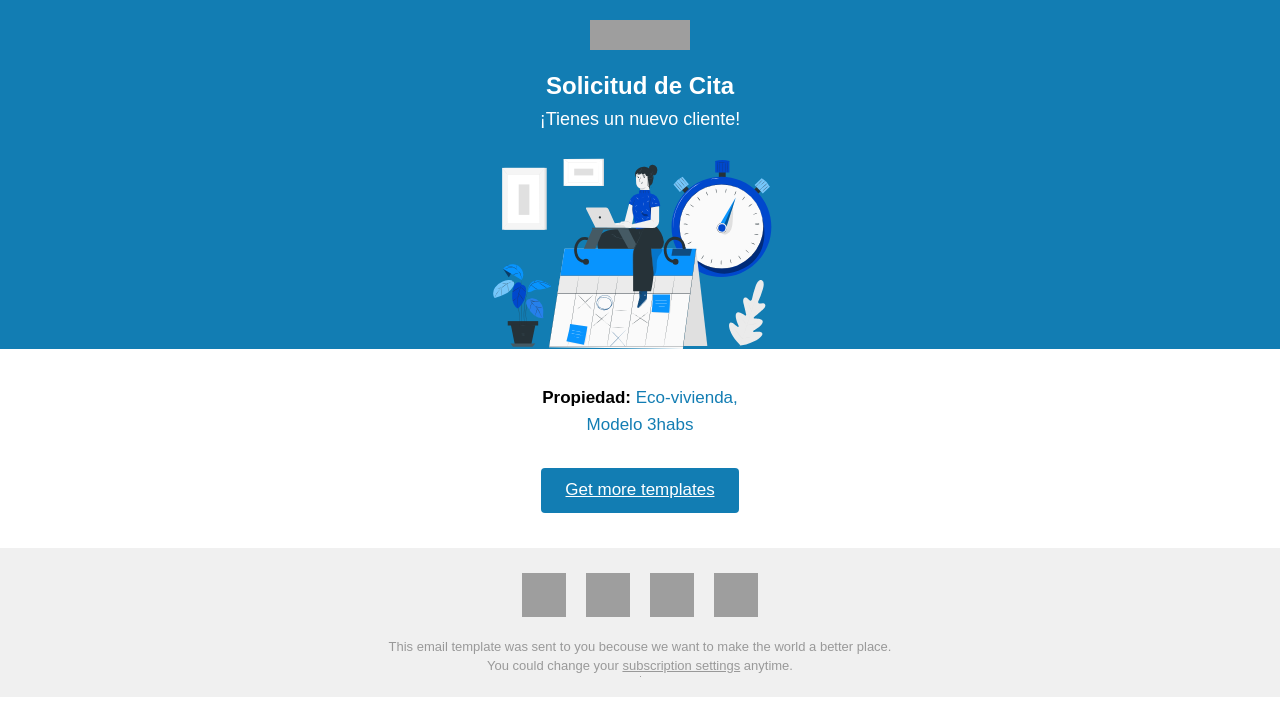
Repository: FabioMadrid/atlas_code
Page: correo_cita_vendedor.html
An editor plug-in stored every save of this project. The page is shown before and after the next save, followed by the edit.
The browser window is 1280 px wide. The pictures show the whole page.
Pictures or frames that could not be fetched are drawn as grey boxes.

Above is the page before, as saved 2021-01-14 16:29:05.

### correo_cita_vendedor.html
<html xmlns="http://www.w3.org/1999/xhtml">
<head>
	<meta http-equiv="content-type" content="text/html; charset=utf-8">
  	<meta name="viewport" content="width=device-width, initial-scale=1.0;">
 	<meta name="format-detection" content="telephone=no"/>

	<style>
/* Reset styles */
    body {
        margin: 0; padding: 0; min-width: 100%; width: 100% !important; height: 100% !important;
        }
    body, table, td, div, p, a {
        -webkit-font-smoothing: antialiased; text-size-adjust: 100%; -ms-text-size-adjust: 100%;
        -webkit-text-size-adjust: 100%; line-height: 100%;
        }
    table, td {
         mso-table-lspace: 0pt; mso-table-rspace: 0pt;
         border-collapse: collapse !important; border-spacing: 0; }
    img {
        border: 0; line-height: 100%; outline: none; text-decoration: none;
        -ms-interpolation-mode: bicubic;
        }
    #outlook a { padding: 0; }
    .ReadMsgBody { width: 100%; }
    .ExternalClass { width: 100%; }
    .ExternalClass, .ExternalClass p, .ExternalClass span, .ExternalClass font, .E
    xternalClass td, .ExternalClass div {
        line-height: 100%;
        }

/* Extra floater space for advanced mail clients only */
@media all and (max-width: 600px) {
	.floater { width: 320px; }
}

/* Set color for auto links (addresses, dates, etc.) */
a, a:hover {
	color: #127DB3;
}
.footer a, .footer a:hover {
	color: #999999;
}

 	</style>

	<!-- MESSAGE SUBJECT -->
	<title>Cita Confirmada</title>

</head>

<!-- BODY -->
<!-- Set message background color (twice) and text color (twice) -->
<body topmargin="0" rightmargin="0" bottommargin="0" leftmargin="0" marginwidth="0" marginheight="0" width="100%" style="border-collapse: collapse; border-spacing: 0; margin: 0; padding: 0; width: 100%; height: 100%; -webkit-font-smoothing: antialiased; text-size-adjust: 100%; -ms-text-size-adjust: 100%; -webkit-text-size-adjust: 100%; line-height: 100%;
	background-color: #FFFFFF;
	color: #000000;"
	bgcolor="#FFFFFF"
	text="#000000">

<!-- SECTION / BACKGROUND -->
<!-- Set section background color -->
<table width="100%" align="center" border="0" cellpadding="0" cellspacing="0" style="border-collapse: collapse; border-spacing: 0; margin: 0; padding: 0; width: 100%;" class="background"><tr><td align="center" valign="top" style="border-collapse: collapse; border-spacing: 0; margin: 0; padding: 0;"
	bgcolor="#127DB3">

<!-- WRAPPER -->
<!-- Set wrapper width (twice) -->
<table border="0" cellpadding="0" cellspacing="0" align="center"
	width="600" style="border-collapse: collapse; border-spacing: 0; padding: 0; width: inherit;
	max-width: 600px;" class="wrapper">

	<tr>
		<td align="center" valign="top" style="border-collapse: collapse; border-spacing: 0; margin: 0; padding: 0; padding-left: 6.25%; padding-right: 6.25%; width: 87.5%;
			padding-top: 20px;">

			<!-- PREHEADER -->
			<!-- Set text color to background color -->
			<div style="display: none; visibility: hidden; overflow: hidden; opacity: 0; font-size: 1px; line-height: 1px; height: 0; max-height: 0; max-width: 0;
			color: #FFFFFF;" class="preheader">
				Available on&nbsp;GitHub and&nbsp;CodePen. holis aqui va un texto</div>

			<!-- LOGO -->
			<!-- Image text color should be opposite to background color. Set your url, image src, alt and title. Alt text should fit the image size. Real image size should be x2. URL format: http://domain.com/?utm_source={{Campaign-Source}}&utm_medium=email&utm_content=logo&utm_campaign={{Campaign-Name}} -->
			<a target="_blank" style="text-decoration: none;"
				href="https://github.com/konsav/email-templates/"><img border="0" vspace="0" hspace="0"
				src="https://raw.githubusercontent.com/konsav/email-templates/master/images/logo-white.png"
				width="100" height="30"
				alt="Logo" title="Logo" style="
				color: #000000;
				font-size: 10px; margin: 0; padding: 0; outline: none; text-decoration: none; -ms-interpolation-mode: bicubic; border: none; display: block;" /></a>

		</td>
	</tr>

	<!-- HEADER -->
	<!-- Set text color and font family ("sans-serif" or "Georgia, serif") -->
	<tr>
		<td align="center" valign="top" style="border-collapse: collapse; border-spacing: 0; margin: 0; padding: 0; padding-left: 6.25%; padding-right: 6.25%; width: 87.5%; font-size: 24px; font-weight: bold; line-height: 130%;
			padding-top: 20px;
			color: #FFFFFF;
			font-family: sans-serif;" class="header">
				Solicitud de Cita
		</td>
	</tr>

	<!-- SUBHEADER -->
	<!-- Set text color and font family ("sans-serif" or "Georgia, serif") -->
	<tr>
		<td align="center" valign="top" style="border-collapse: collapse; border-spacing: 0; margin: 0; padding: 0; padding-bottom: 3px; padding-left: 6.25%; padding-right: 6.25%; width: 87.5%; font-size: 18px; font-weight: 300; line-height: 150%;
			padding-top: 5px;
			color: #FFFFFF;
			font-family: sans-serif;" class="subheader">
				¡Tienes un nuevo cliente!
		</td>
	</tr>

	<!-- HERO IMAGE -->
	<!-- Image text color should be opposite to background color. Set your url, image src, alt and title. Alt text should fit the image size. Real image size should be x2 (wrapper x2). Do not set height for flexible images (including "auto"). URL format: http://domain.com/?utm_source={{Campaign-Source}}&utm_medium=email&utm_content={{Ìmage-Name}}&utm_campaign={{Campaign-Name}} -->
	<tr>
		<td align="center" valign="top" style="border-collapse: collapse; border-spacing: 0; margin: 0; padding: 0;
			padding-top: 20px;" class="hero"><a target="_blank" style="text-decoration: none;"
			href="#"><img border="0" vspace="0" hspace="0"
			src="./svg/calendario_mujer.svg"
			alt="Please enable images to view this content" title="Hero Image"
			width="530" style="
			width: 88.33%;
			max-width: 530px;
			color: #FFFFFF; font-size: 13px; margin: 0; padding: 0; outline: none; text-decoration: none; -ms-interpolation-mode: bicubic; border: none; display: block;"/></a></td>
	</tr>


<!-- End of WRAPPER -->
</table>

<!-- SECTION / BACKGROUND -->
<!-- Set section background color -->
</td></tr><tr><td align="center" valign="top" style="border-collapse: collapse; border-spacing: 0; margin: 0; padding: 0;
	padding-top: 5px;"
	bgcolor="#FFFFFF">

<!-- WRAPPER -->
<!-- Set conteiner background color -->
<table border="0" cellpadding="0" cellspacing="0" align="center"
	width="600" style="border-collapse: collapse; border-spacing: 0; padding: 0; width: inherit;
	max-width: 600px;">

	<!-- FLOATERS -->
	<!-- Floaters (left align tables) need extra 10px spacing in a line (Outlook fix). Floater table width = (wrapper width / 2) - 10px. Set text color and font family ("sans-serif" or "Georgia, serif"). Duplicate all text styles in links, including line-height. Image text color should be opposite to background color. Set your url, image src, alt and title. Alt text should fit the image size. Real image size should be x2. Do not set height for flexible images (including "auto"). URL format: http://domain.com/?utm_source={{Campaign-Source}}&utm_medium=email&utm_content={{Ìmage-Name}}&utm_campaign={{Campaign-Name}} -->
	<tr>
		<td align="center" valign="top" style="border-collapse: collapse; border-spacing: 0; margin: 0; padding: 0; padding-left: 10px; padding-right: 10px;" class="floaters"><table width="280" border="0" cellpadding="0" cellspacing="0" align="left" valign="top" style="border-collapse: collapse; mso-table-lspace: 0pt; mso-table-rspace: 0pt; border-spacing: 0; margin: 0; padding: 0; display: inline-table; float: none;" class="floater"><tr><td align="center" valign="top" style="border-collapse: collapse; border-spacing: 0; margin: 0; padding: 0; padding-left: 15px; padding-right: 15px; font-size: 17px; font-weight: 400; line-height: 160%;
			padding-top: 30px;
			font-family: sans-serif;
            color: #000000;">
            <b>Propiedad:</b>

            <a target="_blank" style="text-decoration: none;
			font-size: 17px; line-height: 160%;"
			href="https://atlashome.hn/vistaCondominio/14">Eco-vivienda, Modelo 3habs</b></a>

        </td>
    </tr>
</table>


	<!-- BUTTON -->
	<!-- Set button background color at TD, link/text color at A and TD, font family ("sans-serif" or "Georgia, serif") at TD. For verification codes add "letter-spacing: 5px;". Link format: http://domain.com/?utm_source={{Campaign-Source}}&utm_medium=email&utm_content={{Button-Name}}&utm_campaign={{Campaign-Name}} -->
 	<tr>
		<td align="center" valign="top" style="border-collapse: collapse; border-spacing: 0; margin: 0; padding: 0; padding-left: 6.25%; padding-right: 6.25%; width: 87.5%;
			padding-top: 30px;
			padding-bottom: 35px;" class="button"><a
			href="https://github.com/konsav/email-templates/" target="_blank" style="text-decoration: underline;">
				<table border="0" cellpadding="0" cellspacing="0" align="center" style="max-width: 240px; min-width: 120px; border-collapse: collapse; border-spacing: 0; padding: 0;"><tr><td align="center" valign="middle" style="padding: 12px 24px; margin: 0; text-decoration: underline; border-collapse: collapse; border-spacing: 0; border-radius: 4px; -webkit-border-radius: 4px; -moz-border-radius: 4px; -khtml-border-radius: 4px;"
					bgcolor="#127DB3"><a target="_blank" style="text-decoration: underline;
					color: #FFFFFF; font-family: sans-serif; font-size: 17px; font-weight: 400; line-height: 120%;"
					href="https://github.com/konsav/email-templates/">
						Get more templates
					</a>
			</td></tr></table></a>
		</td>
	</tr>

<!-- End of WRAPPER -->
</table>

<!-- SECTION / BACKGROUND -->
<!-- Set section background color -->
</td></tr><tr><td align="center" valign="top" style="border-collapse: collapse; border-spacing: 0; margin: 0; padding: 0;"
	bgcolor="#F0F0F0">

<!-- WRAPPER -->
<!-- Set wrapper width (twice) -->
<table border="0" cellpadding="0" cellspacing="0" align="center"
	width="600" style="border-collapse: collapse; border-spacing: 0; padding: 0; width: inherit;
	max-width: 600px;" class="wrapper">

	<!-- SOCIAL NETWORKS -->
	<!-- Image text color should be opposite to background color. Set your url, image src, alt and title. Alt text should fit the image size. Real image size should be x2 -->
	<tr>
		<td align="center" valign="top" style="border-collapse: collapse; border-spacing: 0; margin: 0; padding: 0; padding-left: 6.25%; padding-right: 6.25%; width: 87.5%;
			padding-top: 25px;" class="social-icons"><table
			width="256" border="0" cellpadding="0" cellspacing="0" align="center" style="border-collapse: collapse; border-spacing: 0; padding: 0;">
			<tr>

				<!-- ICON 1 -->
				<td align="center" valign="middle" style="margin: 0; padding: 0; padding-left: 10px; padding-right: 10px; border-collapse: collapse; border-spacing: 0;"><a target="_blank"
					href="https://raw.githubusercontent.com/konsav/email-templates/"
				style="text-decoration: none;"><img border="0" vspace="0" hspace="0" style="padding: 0; margin: 0; outline: none; text-decoration: none; -ms-interpolation-mode: bicubic; border: none; display: inline-block;
					color: #000000;"
					alt="F" title="Facebook"
					width="44" height="44"
					src="https://raw.githubusercontent.com/konsav/email-templates/master/images/social-icons/facebook.png"></a></td>

				<!-- ICON 2 -->
				<td align="center" valign="middle" style="margin: 0; padding: 0; padding-left: 10px; padding-right: 10px; border-collapse: collapse; border-spacing: 0;"><a target="_blank"
					href="https://raw.githubusercontent.com/konsav/email-templates/"
				style="text-decoration: none;"><img border="0" vspace="0" hspace="0" style="padding: 0; margin: 0; outline: none; text-decoration: none; -ms-interpolation-mode: bicubic; border: none; display: inline-block;
					color: #000000;"
					alt="T" title="Twitter"
					width="44" height="44"
					src="https://raw.githubusercontent.com/konsav/email-templates/master/images/social-icons/twitter.png"></a></td>

				<!-- ICON 3 -->
				<td align="center" valign="middle" style="margin: 0; padding: 0; padding-left: 10px; padding-right: 10px; border-collapse: collapse; border-spacing: 0;"><a target="_blank"
					href="https://raw.githubusercontent.com/konsav/email-templates/"
				style="text-decoration: none;"><img border="0" vspace="0" hspace="0" style="padding: 0; margin: 0; outline: none; text-decoration: none; -ms-interpolation-mode: bicubic; border: none; display: inline-block;
					color: #000000;"
					alt="G" title="Google Plus"
					width="44" height="44"
					src="https://raw.githubusercontent.com/konsav/email-templates/master/images/social-icons/googleplus.png"></a></td>

				<!-- ICON 4 -->
				<td align="center" valign="middle" style="margin: 0; padding: 0; padding-left: 10px; padding-right: 10px; border-collapse: collapse; border-spacing: 0;"><a target="_blank"
					href="https://raw.githubusercontent.com/konsav/email-templates/"
				style="text-decoration: none;"><img border="0" vspace="0" hspace="0" style="padding: 0; margin: 0; outline: none; text-decoration: none; -ms-interpolation-mode: bicubic; border: none; display: inline-block;
					color: #000000;"
					alt="I" title="Instagram"
					width="44" height="44"
					src="https://raw.githubusercontent.com/konsav/email-templates/master/images/social-icons/instagram.png"></a></td>

			</tr>
			</table>
		</td>
	</tr>

	<!-- FOOTER -->
	<!-- Set text color and font family ("sans-serif" or "Georgia, serif"). Duplicate all text styles in links, including line-height -->
	<tr>
		<td align="center" valign="top" style="border-collapse: collapse; border-spacing: 0; margin: 0; padding: 0; padding-left: 6.25%; padding-right: 6.25%; width: 87.5%; font-size: 13px; font-weight: 400; line-height: 150%;
			padding-top: 20px;
			padding-bottom: 20px;
			color: #999999;
			font-family: sans-serif;" class="footer">

				This email template was sent to&nbsp;you becouse we&nbsp;want to&nbsp;make the&nbsp;world a&nbsp;better place.<br/> You&nbsp;could change your <a href="https://github.com/konsav/email-templates/" target="_blank" style="text-decoration: underline; color: #999999; font-family: sans-serif; font-size: 13px; font-weight: 400; line-height: 150%;">subscription settings</a> anytime.

				<!-- ANALYTICS -->
				<!-- https://www.google-analytics.com/collect?v=1&tid={{UA-Tracking-ID}}&cid={{Client-ID}}&t=event&ec=email&ea=open&cs={{Campaign-Source}}&cm=email&cn={{Campaign-Name}} -->
				<img width="1" height="1" border="0" vspace="0" hspace="0" style="margin: 0; padding: 0; outline: none; text-decoration: none; -ms-interpolation-mode: bicubic; border: none; display: block;"
				src="https://raw.githubusercontent.com/konsav/email-templates/master/images/tracker.png" />

		</td>
	</tr>

<!-- End of WRAPPER -->
</table>

<!-- End of SECTION / BACKGROUND -->
</td></tr></table>

</body>
</html>

After the next save:
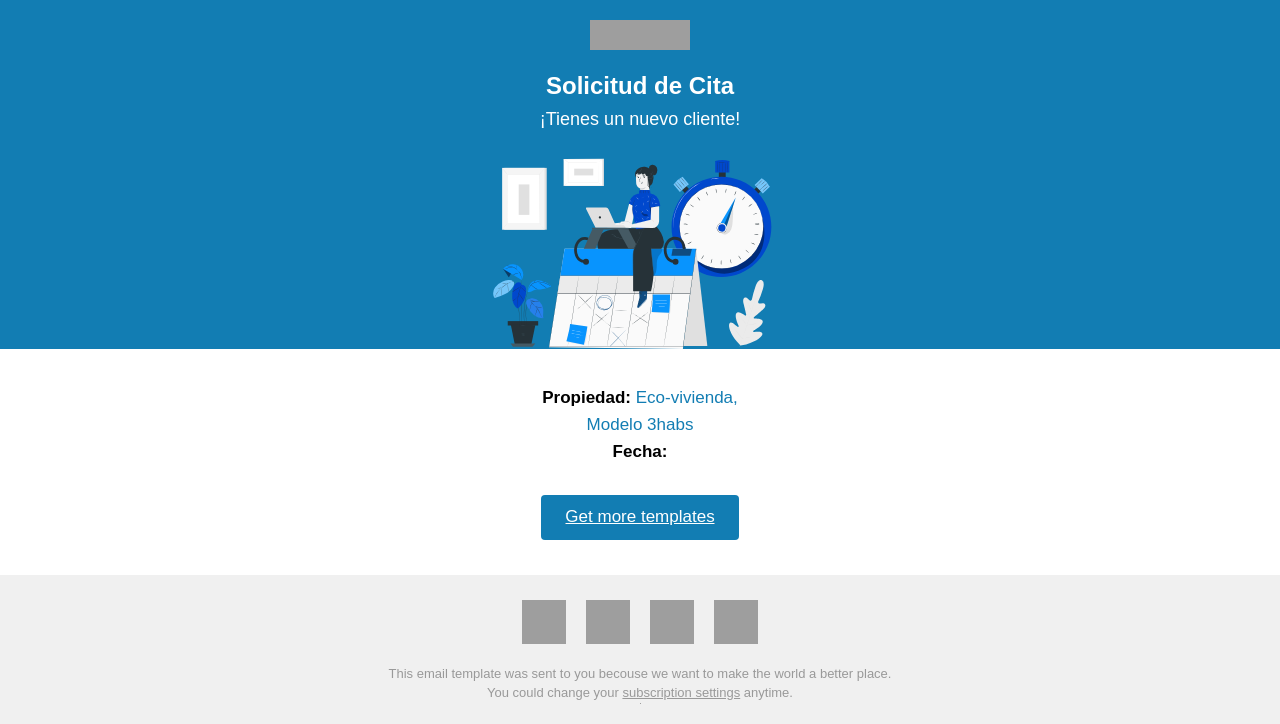
Saved 101 s later.
--- a/correo_cita_vendedor.html
+++ b/correo_cita_vendedor.html
@@ -145,7 +145,8 @@ a, a:hover {
 	<!-- FLOATERS -->
 	<!-- Floaters (left align tables) need extra 10px spacing in a line (Outlook fix). Floater table width = (wrapper width / 2) - 10px. Set text color and font family ("sans-serif" or "Georgia, serif"). Duplicate all text styles in links, including line-height. Image text color should be opposite to background color. Set your url, image src, alt and title. Alt text should fit the image size. Real image size should be x2. Do not set height for flexible images (including "auto"). URL format: http://domain.com/?utm_source={{Campaign-Source}}&utm_medium=email&utm_content={{Ìmage-Name}}&utm_campaign={{Campaign-Name}} -->
 	<tr>
-		<td align="center" valign="top" style="border-collapse: collapse; border-spacing: 0; margin: 0; padding: 0; padding-left: 10px; padding-right: 10px;" class="floaters"><table width="280" border="0" cellpadding="0" cellspacing="0" align="left" valign="top" style="border-collapse: collapse; mso-table-lspace: 0pt; mso-table-rspace: 0pt; border-spacing: 0; margin: 0; padding: 0; display: inline-table; float: none;" class="floater"><tr><td align="center" valign="top" style="border-collapse: collapse; border-spacing: 0; margin: 0; padding: 0; padding-left: 15px; padding-right: 15px; font-size: 17px; font-weight: 400; line-height: 160%;
+        <td align="center" valign="top" style="border-collapse: collapse; border-spacing: 0; margin: 0; padding: 0; padding-left: 10px; padding-right: 10px;" class="floaters">
+        <table width="280" border="0" cellpadding="0" cellspacing="0" align="left" valign="top" style="border-collapse: collapse; mso-table-lspace: 0pt; mso-table-rspace: 0pt; border-spacing: 0; margin: 0; padding: 0; display: inline-table; float: none;" class="floater"><tr><td align="center" valign="top" style="border-collapse: collapse; border-spacing: 0; margin: 0; padding: 0; padding-left: 15px; padding-right: 15px; font-size: 17px; font-weight: 400; line-height: 160%;
 			padding-top: 30px;
 			font-family: sans-serif;
             color: #000000;">
@@ -153,11 +154,13 @@ a, a:hover {
 
             <a target="_blank" style="text-decoration: none;
 			font-size: 17px; line-height: 160%;"
-			href="https://atlashome.hn/vistaCondominio/14">Eco-vivienda, Modelo 3habs</b></a>
+            href="https://atlashome.hn/vistaCondominio/14">Eco-vivienda, Modelo 3habs</b></a> <br>
+
+            <b>Fecha:</b>
 
         </td>
     </tr>
-</table>
+    </table>
 
 
 	<!-- BUTTON -->
